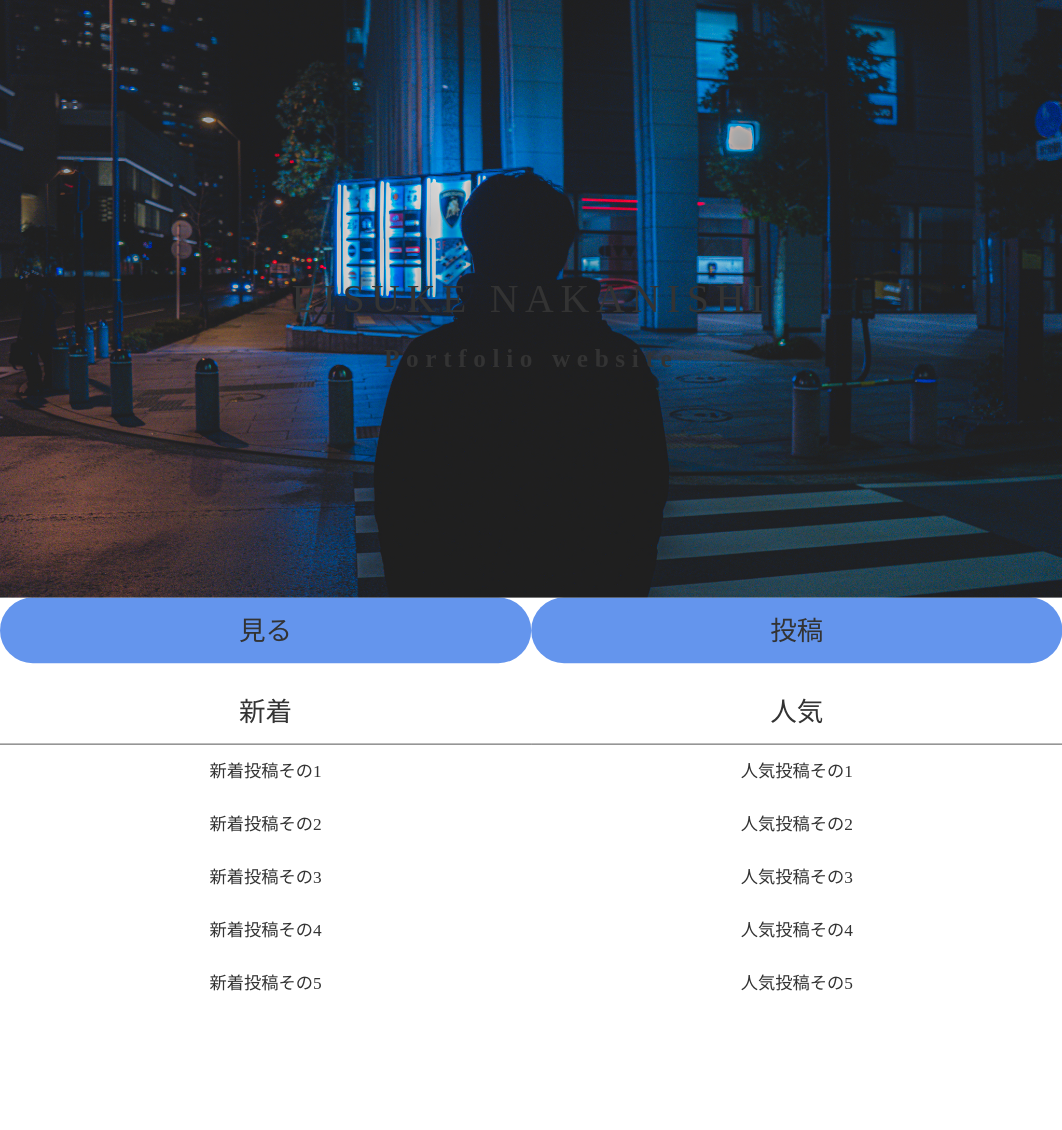
Repository: KustomApe/LandorusInc
Page: index.html
These files come from the project's save history. The page is drawn as it stood at one moment and after the next save; the edit follows.
The browser window is 1280 px wide. The pictures show the whole page, at 83% of full size.

Above is the page before, as saved 2021-09-18 14:21:02.

After the next save:
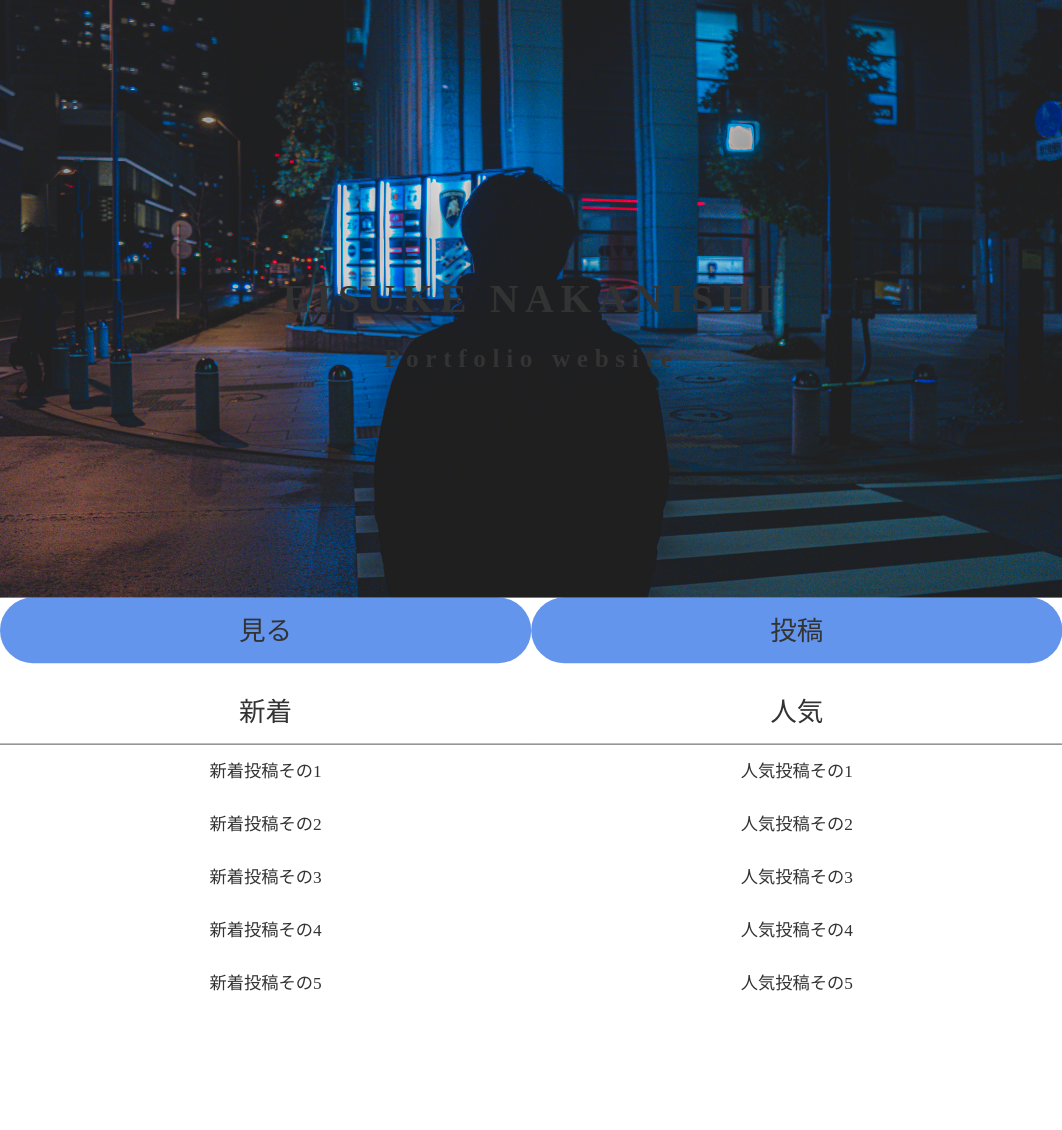
Saved 7 s later.
--- a/assets/css/style.css
+++ b/assets/css/style.css
@@ -23,7 +23,7 @@ div#main_img h1 {
     -ms-transform: translate(-50%, -50%);
     color: #333;
     font-size: 3rem;
-    font-weight: lighter;
+    font-weight: bold;
     letter-spacing: 0.5rem;
 }
 
